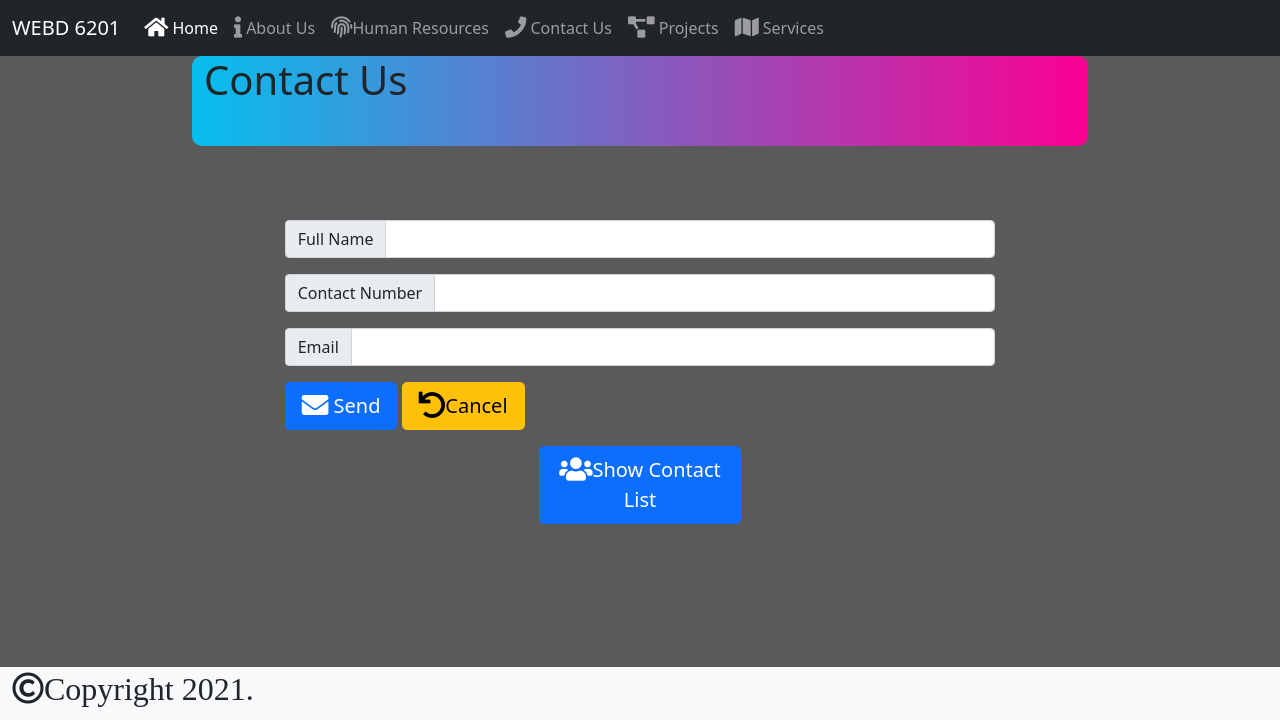
Repository: vans12345678/WEBD6201-W2021-Week3
Page: contact.html
An editor plug-in stored every save of this project. The page is shown before and after the next save, followed by the edit.
The browser window is 1280 px wide. The pictures show the whole page.

Above is the page before, as saved 2021-01-28 20:33:05.

### contact.html
<!DOCTYPE html>
<html lang="en">
<head>
    <meta charset="UTF-8">
    <meta name="viewport" content="width=device-width, initial-scale=1.0">
    <title>Contact Us</title>

    <!-- CSS Section -->
    <link rel="stylesheet" href="./node_modules/bootstrap/dist/css/bootstrap.min.css">
    <link rel="stylesheet" href="./node_modules/@fortawesome/fontawesome-free/css/all.min.css">
    <link rel="stylesheet" href="./Content/app.css">
</head>
<body>
  <!-- Main Header -->
    <header>
      <!-- Main Navigation -->
        <nav class="navbar navbar-expand-lg navbar-dark bg-dark">
            <div class="container-fluid">
              <a class="navbar-brand" href="index.html">WEBD 6201</a>
              <button class="navbar-toggler" type="button" data-bs-toggle="collapse" data-bs-target="#navbarSupportedContent" aria-controls="navbarSupportedContent" aria-expanded="false" aria-label="Toggle navigation">
                <span class="navbar-toggler-icon"></span>
              </button>
              <div class="collapse navbar-collapse" id="navbarSupportedContent">
                <ul class="navbar-nav me-auto mb-2 mb-lg-0">
                  <li class="nav-item">
                    <a class="nav-link active" aria-current="page" href="index.html"><i class="fas fa-home fa-lg"></i> Home</a>
                  </li>
                  <li class="nav-item">
                    <a class="nav-link" aria-current="page" href="about.html"><i class="fas fa-info fa-lg"></i> About Us</a>
                  </li>
                  <li class="nav-item">
                    <a class="nav-link" aria-current="page" href="human-resources.html"><i class="fas fa-fingerprint fa-lg"></i>Human Resources</a>
                  </li>
                  <li class="nav-item">
                    <a class="nav-link" aria-current="page" href="contact.html"><i class="fas fa-phone fa-lg"></i> Contact Us</a>
                  </li>
                  <li class="nav-item">
                    <a class="nav-link" aria-current="page" href="projects.html"><i class="fas fa-project-diagram fa-lg"></i> Projects</a>
                  </li>
                  <li class="nav-item">
                    <a class="nav-link" aria-current="page" href="services.html"><i class="fas fa-map fa-lg"></i> Services</a>
                  </li>
                </ul>
              </div>
            </div>
          </nav>
    </header>
  <!-- Main Contents -->
    <main class="container">
        <h1>Contact Us</h1>

        <div class="warnMessage" id="messageArea"></div>
        <div class = "row justify-content-lg-center g-3 contactForm">
          <form class = "col-col-lg-6 col-md-10 col-sm-10">
            <div class="input-group mb-3">
              <span class="input-group-text" id="inputGroup-sizing-default">Full Name</span>
              <input id = "fullName" type="text" class="form-control" aria-label="Full Name" aria-describedby="Full Name Input"
              name = "fullName" required>
            </div>
            <div class="input-group mb-3">
              <span class="input-group-text" id="inputGroup-sizing-default">Contact Number</span>
              <input id = "contactNumber" type="tel" class="form-control" aria-label="Contact Number" aria-describedby="Contact Number Input"
              name = "contactNumber" required>
            </div>
            <div class="input-group mb-3">
              <span class="input-group-text" id="inputGroup-sizing-default">Email</span>
              <input id = "emailAddress" type="email" class="form-control" aria-label="Email Address" aria-describedby="Email Address Input"
              name = "emailAddress" required>
            </div>
          <button id = "sendButton" type="submit" class="btn btn-primary btn-lg"><i class="fas fa-envelope fa-lg"></i> Send</button>
          <button id = "cancelButton" type="reset" class="btn btn-warning btn-lg"><i class="fas fa-undo fa-lg"></i>Cancel</button>
        </form>

        <div class="col-lg-3 col-md-3">
          <a href="contact-list.html" class="btn btn-primary btn-lg"><i class="fas fa-users fa-lg"></i>Show Contact List</a>
        </div>
        </div>


    </main>
    <!-- Main Footer -->
    <footer>
        <nav class="navbar fixed-bottom navbar-light bg-light">
            <div class="container-fluid">
                <h4><i class="far fa-copyright fa-lg">Copyright 2021.</i></h4>
            </div>
          </nav>
    </footer>
    <!-- Script Section -->
    <script src="./node_modules/jquery/dist/jquery.min.js"></script>
    <script src="./node_modules/bootstrap/dist/js/bootstrap.bundle.min.js"></script>
    <script src="./Scripts/contact.js"></script>
    <script src="./Scripts/app.js"></script>

</body>
</html>

### Content/app.css
/* custom css goes here */
.Vapor {
    background-image: url('../images/vapor.jpg');
    background-repeat: no-repeat;
    background-attachment: fixed;
    background-size: 100% 100%;
  }
  body
  {
    background-color: rgb(90, 90, 90);
  }
  .container{

    border-radius: 10px;
    width: 70%;
    height: 90px;
    margin: 0px auto;
    background: linear-gradient(90deg,#06bfee,#fb0093)
  }
  .contactForm{
    width: 100%;
    margin:  100px auto;
  }
  .warnMessage
  {
    width: 90%;
    margin:  50px;
  }
  .site-footer {
    color:white;
  }

### Scripts/contact.js
"use strict";
class Contact {
    //Getters and setters
    get FullName() {
        return this.m_fullName;
    }
    set FullName(value) {
        this.m_fullName = value;
    }
    get ContactNumber() {
        return this.m_contactNumber;
    }
    set ContactNumber(value) {
        this.m_contactNumber = value;
    }
    get EmailAddress() {
        return this.m_emailAddress;
    }
    set EmailAddress(value) {
        this.m_emailAddress = value;
    }
    /**
     *
     * @param {string} fullName
     * @param {string} contactNumber
     * @param {string} emailAddress
     */
    constructor(fullName = "", contactNumber = "", emailAddress = "") {
        this.FullName = fullName;
        this.ContactNumber = contactNumber;
        this.EmailAddress = emailAddress;
    }

    /**
     *This method overrides the built-in toString() method for Contact class
     *
     * @return {*}
     * @memberof Contact
     */
    toString()
    {
        return `Full Name       : ${this.FullName} \nContactNumber       : ${this.ContactNumber}
        \nEmailAddress       :${this.EmailAddress}`;
    }
    /**
     *This method returns a JSON object made up of the properties of the Contact class
     *
     * @return {Object}
     * @memberof Contact
     */
    toJSON()
    {
        return{
            "fullName": this.FirstName,
            "contactNumber": this.ContactNumber,
            "emailAddress": this.EmailAddress
        }
    }
    /**
     *
     *This method returns the Contact into a comma-separated value string
     * @return {string}
     * @memberof Contact
     */
    serialize()
    {
        if(this.FullName !== "" && this.ContactNumber !== "" && this.EmailAddress !== "")
        {
            return `${this.FullName}, ${this.ContactNumber}, ${this.EmailAddress}`;
        }
        else
        {
            console.error("One or more properties of the Contact is empty");
            return null;
        }
    }
    /**
     *This method takes a comma-separated data string assigns values to the Contact class properties
     *
     * @param {string} data
     * @returns {void}
     * @memberof Contact
     */
    deserialize(data)
    {
        let propertyArray = data.split(",");

        this.FullName = propertyArray[0];
        this.ContactNumber = propertyArray[1];
        this.EmailAddress = propertyArray[2];

    }
}

### Scripts/app.js
/* Custom JavaScript goes here */

//IIFE - Immediately Invoked Function Expression
//AKA - Anonymous Self-Executing Function
//Closure - limits scope leak

"use strict";


(function(){

    function displayHome()
    {

        let introText = "This is a simple site to demonstrate the specified requirements for Lab 1 WEBD 6201 - Client Side Scripting";
        let introTextElement = document.getElementById("introParagraph");

        introTextElement.textContent = introText;
        introTextElement.className = "fs-5 fw-bold text-center";

        mainContent.innerHTML =
        `<h1 id = "firstHeading">Welcome to WEBD6201 - Lab 1</h1>
        <p id = "paragraphOne" class = "fs-3 fw-bold">This is my first paragraph</p>
        `;

    }
    function displayAbout()
    {

    }
    function displayProjects()
    {

    }
    function displayServices()
    {

    }
    function displayContact()
    {

        let messageArea = document.getElementById("messageArea");
        messageArea.hidden = true;

        //form validation
        let fullName = document.getElementById("fullName");
        fullName.addEventListener("blur", function()
        {
            if(fullName.value.length < 2)
            {
                fullName.focus();
                fullName.select();
                messageArea.hidden = false;
                messageArea.className = "alert alert-danger warnMessage";
                messageArea.textContent = "Please enter an appropriate name > 2 characters";
            }
            else
            {
                messageArea.removeAttribute("class");
                messageArea.hidden = true;
            }
        });
            let sendButton = document.getElementById("sendButton");
            sendButton.addEventListener("click", function(event)
            {
                //event.preventDefault();
                // //Displays twice?

                let contact = new Contact(fullName.value,contactNumber.value, emailAddress.value);

                //console.log(contact.serialize());
                if(contact.serialize())
                {
                    localStorage.setItem((localStorage.length + 1).toString(),contact.serialize());
                }
            });
    }
    function displayContactList()
    {
        if(localStorage.length > 0)
        {
            let contactList = document.getElementById("contactList");
            let data = "";

            for (let index = 0; index < localStorage.length; index++)
            {
                let contactData = localStorage.getItem((index + 1).toString());
                let contact = new Contact();

                contact.deserialize(contactData);

                data += `<tr>
                <th scope="row">${index + 1}</th>
                <td>${contact.FullName}</td>
                <td>${contact.ContactNumber}</td>
                <td>${contact.EmailAddress}</td>
              </tr>`;
            }
            contactList.innerHTML = data;
        }

    }

    function Start()
    {
        console.log("App Started...");

        switch(document.title)
        {
            case "Index":
                displayHome();
                break;
            case "About":
                displayAbout();
                break;
            case "Projects":
                displayProjects();
                break;
            case "Services":
                displayServices();
                break;
            case "Contact Us":
                displayContact();
                break;
            case "Contact-List":
                displayContactList();
                break;
        }


    }

    window.addEventListener("load", Start);

})();

Loaded but not shown: node_modules/bootstrap/dist/css/bootstrap.min.css (library); node_modules/@fortawesome/fontawesome-free/css/all.min.css (library); node_modules/jquery/dist/jquery.min.js (library); node_modules/bootstrap/dist/js/bootstrap.bundle.min.js (library)

After the next save:
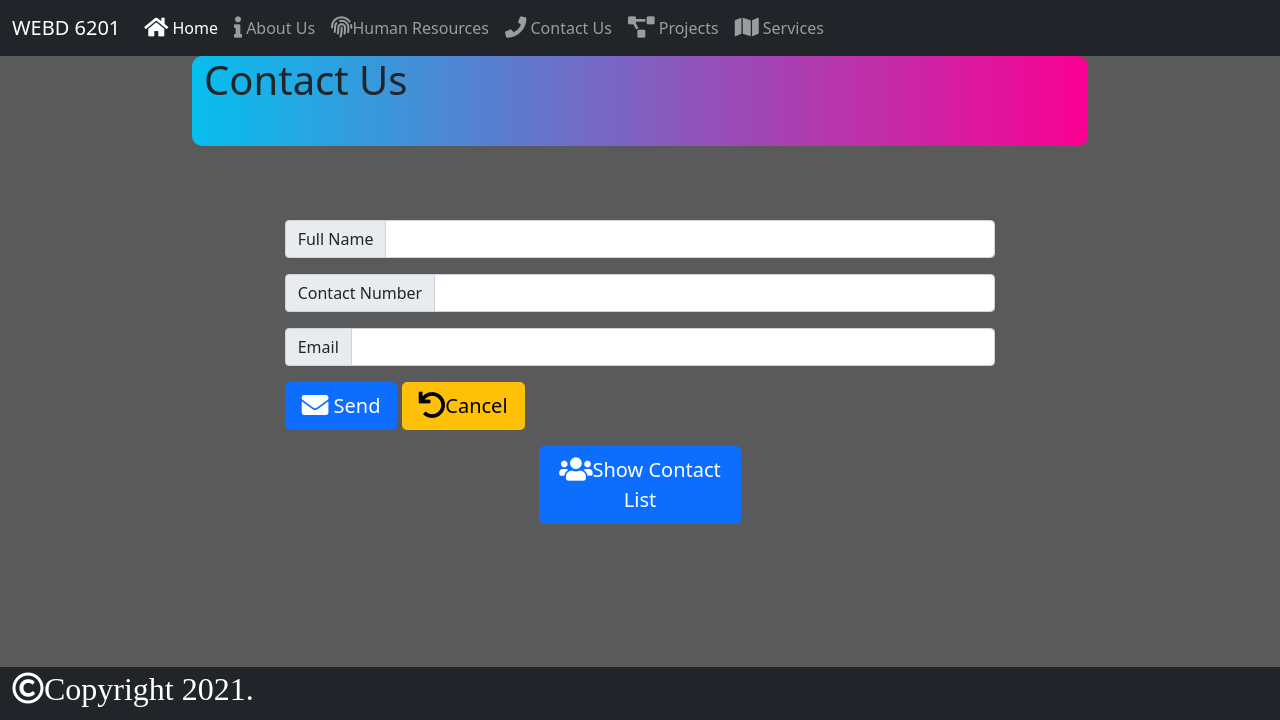
Saved 6 s later.
--- a/contact.html
+++ b/contact.html
@@ -80,12 +80,12 @@
     </main>
     <!-- Main Footer -->
     <footer>
-        <nav class="navbar fixed-bottom navbar-light bg-light">
-            <div class="container-fluid">
-                <h4><i class="far fa-copyright fa-lg">Copyright 2021.</i></h4>
-            </div>
-          </nav>
-    </footer>
+      <nav class="navbar fixed-bottom navbar-dark bg-dark">
+          <div class="container-fluid">
+              <h4><i class="far fa-copyright fa-lg site-footer">Copyright 2021.</i></h4>
+          </div>
+        </nav>
+  </footer>
     <!-- Script Section -->
     <script src="./node_modules/jquery/dist/jquery.min.js"></script>
     <script src="./node_modules/bootstrap/dist/js/bootstrap.bundle.min.js"></script>
